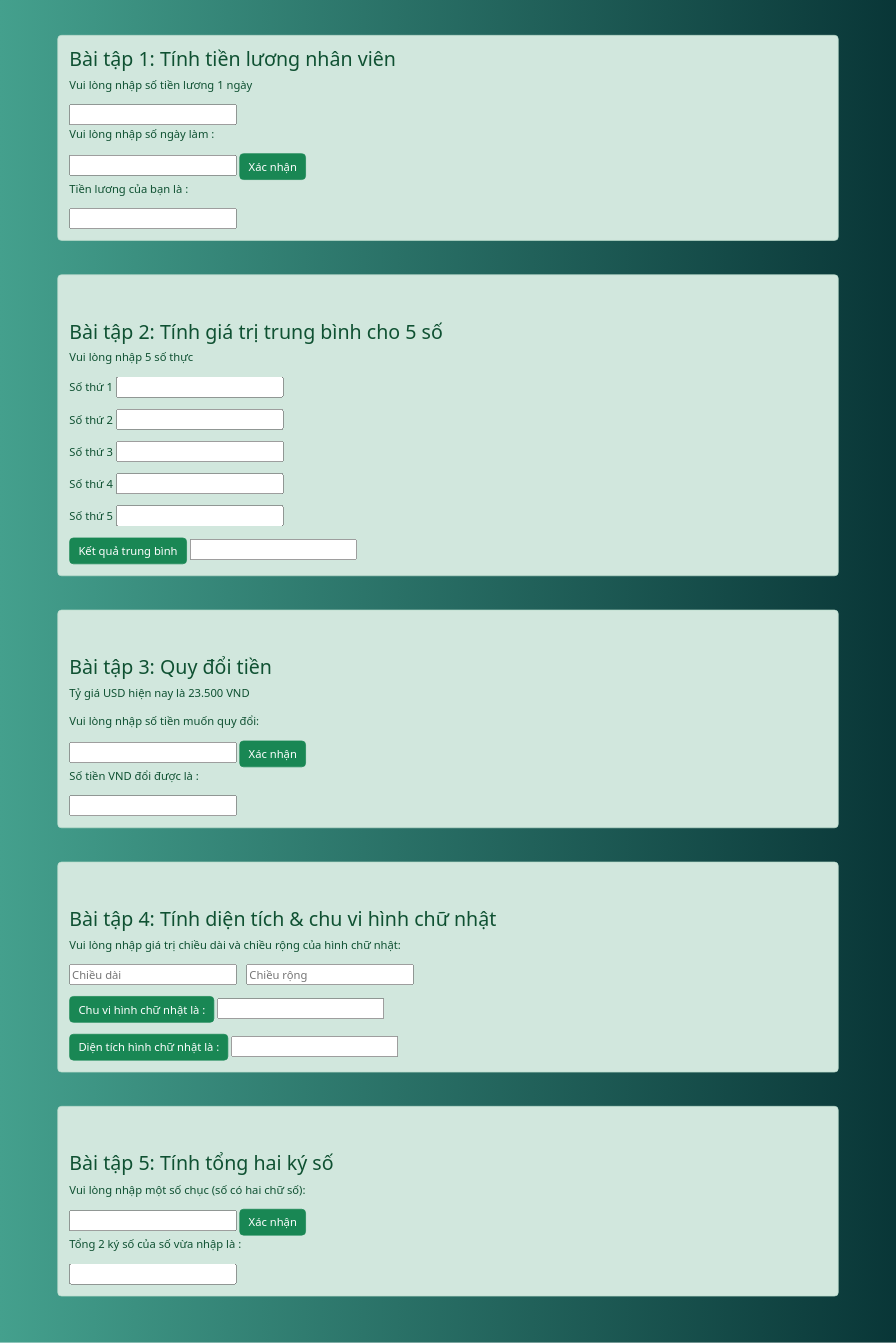
Repository: hcozyph/TranHuuPhuoc_BC43_BT_JS_Buoi2
Page: index.html
An editor plug-in stored every save of this project. The page is shown before and after the next save, followed by the edit.
The browser window is 1280 px wide. The pictures show the whole page, at 70% of full size.

Above is the page before, as saved 2023-02-03 20:59:18.

### index.html
<!DOCTYPE html>
<html lang="en">
    <head>
        <title>BT JS - Buoi 1</title>
        <!-- Required meta tags -->
        <meta charset="utf-8" />
        <meta
            name="viewport"
            content="width=device-width, initial-scale=1, shrink-to-fit=no"
        />

        <!-- font-family -->
        <link
            href="//fonts.googleapis.com/css2?family=Pacifico&amp;display=swap"
            rel="stylesheet"
        />
        <link
            href="//fonts.googleapis.com/css2?family=Quicksand:wght@300;400;500;600;700&amp;display=swap"
            rel="stylesheet"
        />

        <!-- Bootstrap CSS v5.2.1 -->
        <link
            href="https://cdn.jsdelivr.net/npm/bootstrap@5.2.1/dist/css/bootstrap.min.css"
            rel="stylesheet"
            integrity="sha384-iYQeCzEYFbKjA/T2uDLTpkwGzCiq6soy8tYaI1GyVh/UjpbCx/TYkiZhlZB6+fzT"
            crossorigin="anonymous"
        />

        <!-- FontAwesome 6.2.0 CSS -->
        <link
            rel="stylesheet"
            href="https://cdnjs.cloudflare.com/ajax/libs/font-awesome/6.2.0/css/all.min.css"
            integrity="sha512-xh6O/CkQoPOWDdYTDqeRdPCVd1SpvCA9XXcUnZS2FmJNp1coAFzvtCN9BmamE+4aHK8yyUHUSCcJHgXloTyT2A=="
            crossorigin="anonymous"
            referrerpolicy="no-referrer"
        />

        <!-- index.css -->
        <link rel="stylesheet" href="./style/index.css" />
    </head>

    <body>
        <div class="btvn">
            <!-- BT1 -->
            <div class="container">
                <!-- BT-1 -->
                <div class="BT1 alert alert-success">
                    <h1 class="fs-3">Bài tập 1: Tính tiền lương nhân viên</h1>

                    <!-- <div class="col-4"> -->
                    <p>Vui lòng nhập số tiền lương 1 ngày</p>

                    <input type="text" id="luongMotNgay" />
                    <!-- </div> -->

                    <p>Vui lòng nhập số ngày làm :</p>
                    <input type="number" id="soNgayLam" />
                    <button
                        class="btn btn-success"
                        id="btnXacNhan"
                        onclick="inputSoNgayLam()"
                    >
                        Xác nhận
                    </button>
                    <p>Tiền lương của bạn là :</p>
                    <input type="text" id="result" />
                </div>

                <!-- BT2 -->
                <div class="BT2 alert alert-success mt-5">
                    <h1 class="fs-3 mt-5">
                        Bài tập 2: Tính giá trị trung bình cho 5 số
                    </h1>
                    <p>Vui lòng nhập 5 số thực</p>

                    <p>Số thứ 1 <input type="number" id="n1" /></p>
                    <p>Số thứ 2 <input type="number" id="n2" /></p>
                    <p>Số thứ 3 <input type="number" id="n3" /></p>
                    <p>Số thứ 4 <input type="number" id="n4" /></p>
                    <p>Số thứ 5 <input type="number" id="n5" /></p>

                    <button
                        class="btn btn-success"
                        id="btnAverage"
                        onclick="average()"
                    >
                        Kết quả trung bình
                    </button>
                    <input type="text" id="average" />
                </div>

                <!-- BT3 -->
                <div class="BT3 alert alert-success mt-5">
                    <h1 class="fs-3 mt-5">Bài tập 3: Quy đổi tiền</h1>
                    <p>Tỷ giá USD hiện nay là 23.500 VND</p>
                    <p>Vui lòng nhập số tiền muốn quy đổi:</p>

                    <input type="number" id="inputUsd" />
                    <button
                        class="btn btn-success"
                        id="btnTradeMoney"
                        onclick="tradeMoney ()"
                    >
                        Xác nhận
                    </button>

                    <p>Số tiền VND đổi được là :</p>
                    <input type="text" id="tradeMoney" />
                </div>

                <!-- BT4 -->
                <div class="BT4 alert alert-success mt-5">
                    <h1 class="fs-3 mt-5">
                        Bài tập 4: Tính diện tích & chu vi hình chữ nhật
                    </h1>
                    <p>
                        Vui lòng nhập giá trị chiều dài và chiều rộng của hình
                        chữ nhật:
                    </p>

                    <input type="number" id="length" placeholder="Chiều dài" />
                    <input
                        style="margin-left: 10px"
                        type="number"
                        id="width"
                        placeholder="Chiều rộng"
                    />

                    <div class="chuVi mt-3">
                        <button class="btn btn-success" onclick="chuVi()">
                            Chu vi hình chữ nhật là :
                        </button>
                        <input type="number" id="chuVi" id="ketQua" />
                    </div>

                    <div class="dienTich mt-3">
                        <button class="btn btn-success" onclick="dienTich()">
                            Diện tích hình chữ nhật là :
                        </button>
                        <input type="number" id="dienTich" />
                    </div>
                </div>

                <!-- BT5 -->
                <div class="BT5 alert alert-success mt-5">
                    <h1 class="fs-3 mt-5">Bài tập 5: Tính tổng hai ký số</h1>
                    <p>Vui lòng nhập một số chục (số có hai chữ số):</p>
                    <input type="number" id="inputSoChuc" />
                    <button class="btn btn-success" onclick="tong2KySo()">
                        Xác nhận
                    </button>
                    <p>Tổng 2 ký số của số vừa nhập là :</p>
                    <input type="number" id="tong2KySo" />
                </div>
            </div>
        </div>

        <!-- Bootstrap JavaScript Libraries -->
        <script
            src="https://cdn.jsdelivr.net/npm/@popperjs/core@2.11.6/dist/umd/popper.min.js"
            integrity="sha384-oBqDVmMz9ATKxIep9tiCxS/Z9fNfEXiDAYTujMAeBAsjFuCZSmKbSSUnQlmh/jp3"
            crossorigin="anonymous"
        ></script>

        <script
            src="https://cdn.jsdelivr.net/npm/bootstrap@5.2.1/dist/js/bootstrap.min.js"
            integrity="sha384-7VPbUDkoPSGFnVtYi0QogXtr74QeVeeIs99Qfg5YCF+TidwNdjvaKZX19NZ/e6oz"
            crossorigin="anonymous"
        ></script>

        <!-- js customize -->
        <script src="./index.js"></script>
    </body>
</html>

### style/index.css
.btvn {
    background: linear-gradient(to right, rgb(68, 160, 141), rgb(9, 54, 55));
    background-repeat: no-repeat;
    background-size: cover;
    margin: 0 auto;
    padding: 50px;
}

### index.js
//BT1: Tính tiền lương nhân viên
function inputSoNgayLam () {
    //input:
    var soNgayLam = document.getElementById('soNgayLam').value;
    var luongMotNgay = document.getElementById('luongMotNgay').value;

    //output:
    var result = 0;

    //progress
    var result = parseInt(soNgayLam) * parseInt(luongMotNgay);

    document.getElementById('result').value = result.toLocaleString() + ' VND';
}

//BT2: Tính trung bình cộng 5 số
function average () {
    //input:
    var n1 = document.getElementById('n1').value;
    var n2 = document.getElementById('n2').value;
    var n3 = document.getElementById('n3').value;
    var n4 = document.getElementById('n4').value;
    var n5 = document.getElementById('n5').value;
    //output:
    var average = 0;
    const soLuongInput = 5;

    //progress
    var sum = parseFloat(n1) + parseFloat(n2) + parseFloat(n3) + parseFloat(n4) + parseFloat(n5);

    var average =  sum / parseFloat(soLuongInput) ;

    document.getElementById('average').value = average;
}

//BT3: Quy đổi tiền
function tradeMoney () {
    //input
    var inputUsd = document.getElementById('inputUsd').value;
    const tyGia = 23500;

    //output
    var tradeMoney = 0;

    //progress
    var tradeMoney = parseInt(inputUsd) * parseInt(tyGia);
    document.getElementById('tradeMoney').value = tradeMoney.toLocaleString() + ' VND';
}

//BT4: Tính chu vi & diện tích hình chữ nhật
function chuVi () {
    // input
    var length = document.getElementById('length').value;
    var width = document.getElementById('width').value;

    //output
    var chuVi = ( parseInt(length) + parseInt(width) ) * 2;

    //progress
    document.getElementById('chuVi').value = chuVi.toLocaleString();
}


function dienTich () {
    // input
    var length = document.getElementById('length').value;
    var width = document.getElementById('width').value;

    //output
    var dienTich = parseInt(length) * parseInt(width) ;

    //progress
    document.getElementById('dienTich').value = dienTich.toLocaleString();
}


//BT5: Tính tổng hai ký số
function tong2KySo () {
    //input
    var inputSoChuc = document.getElementById('inputSoChuc').value;
    var hangChuc = 0;
    var hangDonVi = 0;

    //output
    var tong2KySo = 0;

    //progress
    var hangChuc = Math.floor(Number(inputSoChuc)/10)
    var hangDonVi = Math.floor(Number(inputSoChuc)%10)
    var tong2KySo = parseInt(hangChuc) + parseInt(hangDonVi);

    document.getElementById('tong2KySo').value = tong2KySo;
}
/*
Link vercel:
https://tran-huu-phuoc-bc-43-bt-js-buoi1.vercel.app/
*/

After the next save:
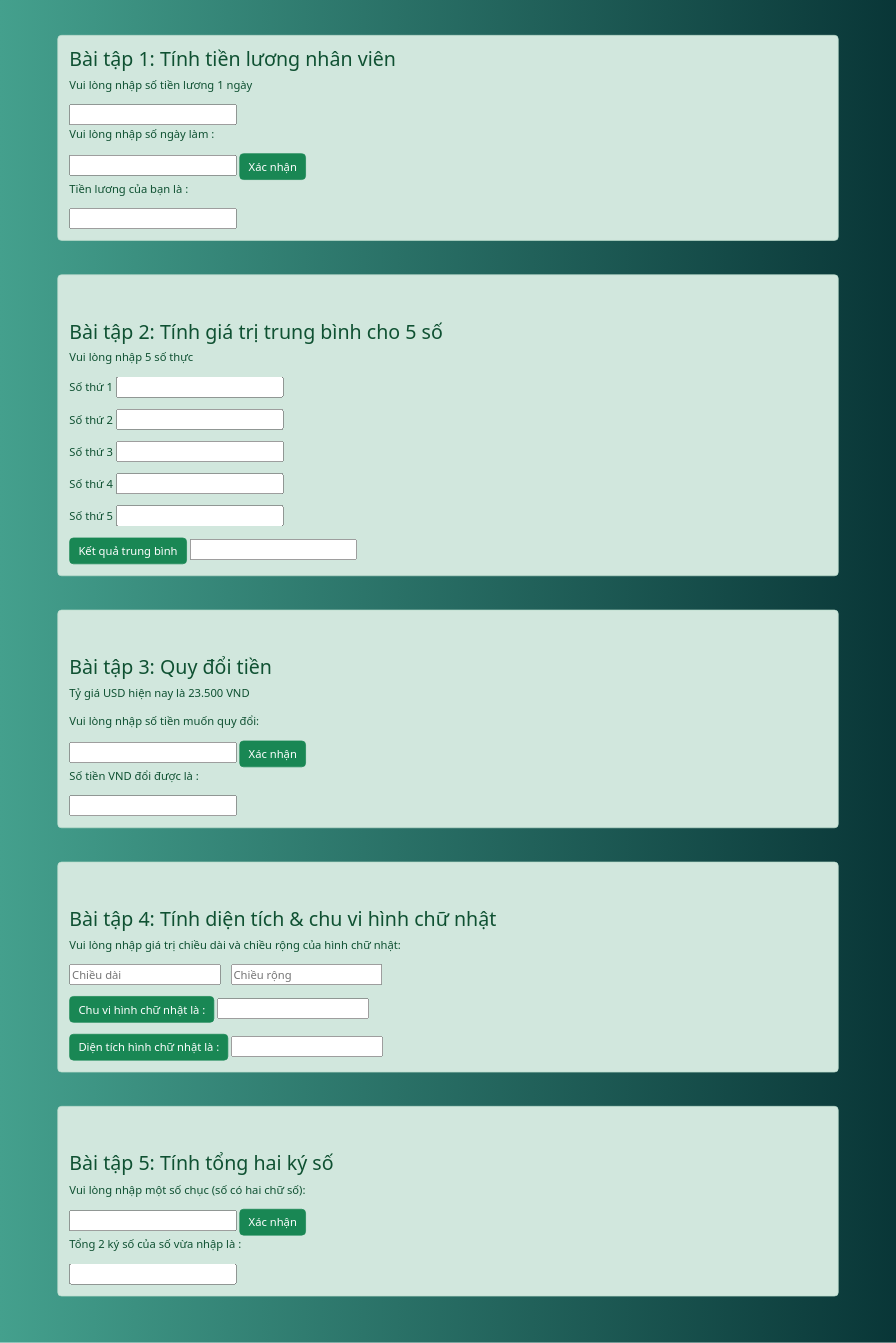
Saved 95 s later.
--- a/style/index.css
+++ b/style/index.css
@@ -5,3 +5,10 @@
     margin: 0 auto;
     padding: 50px;
 }
+
+.BT4 input {
+    width: 20%;
+}
+.chuvi button {
+    width: ;
+}
